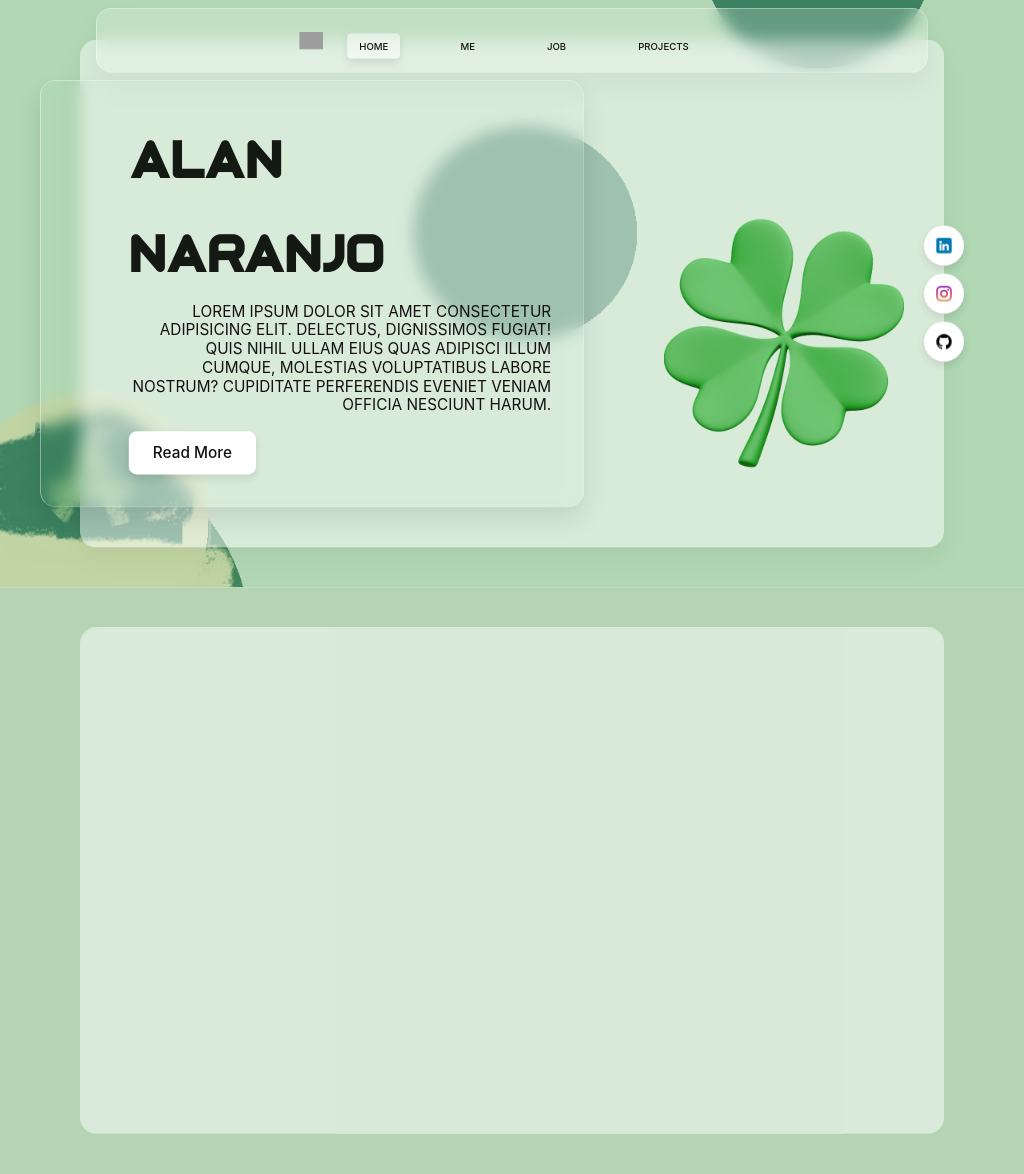
Repository: L-A-M-J-O/Me-sitio-Web
Page: / (app in my-project/)
An editor plug-in stored every save of this project. The page is shown before and after the next save, followed by the edit.
The browser window is 1280 px wide. The pictures show the whole page, at 80% of full size.
Pictures or frames that could not be fetched are drawn as grey boxes. Backgrounds fixed to the window are drawn as part of the page. The project was rebuilt for these pictures with package versions that can differ from the ones it lists, and the page was loaded fresh each time.

Above is the page before, as saved 2022-09-19 16:54:50.

### my-project/src/App.jsx
import './App.css';
import Me from './components/Me/Me';

import Navbar from './components/Navbar/Navbar'


function App() {
  return (
    <>
      <Navbar/>
      <Me/>
    </>


  );
}

export default App;

### my-project/src/App.css
 * {
    margin: 0;
    padding: 0;
    box-sizing: border-box;
 }

### my-project/src/components/Me/Me.jsx
import React from 'react'

import '../Me/Me.css'

function Me() {
  return (
    <div className='section-me' id='me'>
      <div className='container-m-me'>

      </div>
    </div>
  )
}

export default Me

### my-project/src/components/Navbar/Navbar.jsx
import React from 'react'

import {Link} from 'react-scroll'

import logotipo from '../../assets/img/logotipo.png'
import icon from '../../assets/img/icon.png'
import instagram from '../../assets/img/instagram.png'
import linkedin from '../../assets/img/linkedin.png'
import github from '../../assets/img/github.png'

import '../Navbar/Navbar.css'


function Navbar() {
  return (
    <section id='nav'>
      <div className='container-m'>
        <header>
          <Link to='nav' className='logo'><img src={ icon} alt='icon' width={30}/></Link>
          <ul>
            <li><Link to='nav' className='active'>Home</Link></li>
            <li><Link to='me' href='#' className=''>Me</Link></li>
            <li><Link href='#' className=''>Job</Link></li>
            <li><Link href='#' className=''>Projects</Link></li>
          </ul>
        </header>
        <div className='content'>
          <h2>Alan Naranjo</h2>
          <p>Lorem ipsum dolor sit amet consectetur adipisicing elit. Delectus, dignissimos fugiat! Quis nihil ullam eius quas adipisci illum cumque, molestias voluptatibus labore nostrum? Cupiditate perferendis eveniet veniam officia nesciunt harum.</p>
          <Link href='#'>Read More</Link>
        </div>
        <div className='img-icon'>
          <img src={ logotipo } alt='logotipo'/>
        </div>
        <ul className='sci'>
          <li><Link href='#'><img src={linkedin} alt='linkedin'/></Link></li>
          <li><Link href='#'><img src={instagram} alt='instagram'/></Link></li>
          <li><Link href='#'><img src={github} alt='github'/></Link></li>
        </ul>
      </div>
    </section>
  )
}

export default Navbar

### my-project/src/components/Me/Me.css
.section-me {
    display: flex;
    justify-content: center;
    align-items: center;
    min-height: 100vh;
    background-color: #B4D4B4;
    background-position: center;
    background-attachment: fixed;
    padding: 50px;
}
.container-m-me {
    position: relative;
    width: calc(100% - 100px);
    height: 88vh;
    background-color: rgba(255, 255, 255, 0.5);
    /* box-shadow: 0 15px 35px rgb(0 0 0 / 5%); */
    border-radius: 20px;
    display: flex;
    justify-content: space-between;
    align-items: center;
    padding: 50px;
}

### my-project/src/components/Navbar/Navbar.css
@font-face {
    font-family: Osiris;
    src: url(../../assets//img/Osiris.otf);
}

section {
    display: flex;
    justify-content: center;
    align-items: center;
    min-height: 100vh;
    background-image: url(../../assets/img/banner.png);
    background-position: center;
    background-attachment: fixed;
    padding: 50px;
}
.container-m{
    position: relative;
    width: calc(100% - 100px);
    height: 88vh;
    background-color: rgba(255, 255, 255, 0.5);
    box-shadow:  0 15px 35px rgba(0, 0, 0, 0.05);
    border-radius: 20px;
    display: flex;
    justify-content: space-between;
    align-items: center;
    padding: 50px;
}
header {
    position: absolute;
    top: -40px;
    right: 20px;
    left: 20px;
    padding: 20px 50px;
    display: flex;
    justify-content: center;
    align-items: baseline;
    background: rgba(255, 255, 255, 0.2);
    box-shadow:  0 15px 35px rgba(0, 0, 0, 0.05);
    border-radius: 20px;
    backdrop-filter: blur(10px);
    border: 1px solid rgba(255, 255, 255, 0.25);
    border-top: 1px solid rgba(255, 255, 255, 0.5);
    border-left: 1px solid rgba(255, 255, 255, 0.5);
}

header .logo {
    color: #140f10;
    font-weight: 700;
    text-decoration: none;
    font-size: 2rem;
}
header ul {
    display: flex;
}
header ul li {
    list-style: none;
    margin:  0 30px;
}
header ul li a {
    border: var(--default-border-width) solid var(--default-border-color);
    border-radius: var(--default-border-radius);
    text-transform: uppercase;
    font-weight: 500;
    font-size: max(12px,.9375vw);
    padding: 0 1.3333em;
    height: 2.5555em;
    line-height: 1.2222222222;
    transition: background-color .15s ease-in-out;
    -webkit-appearance: none;
    appearance: none;
    text-decoration: none;
    color: #140f10;
    padding: 8px 15px;
    border-radius: 25px;
    cursor: pointer;
}
header ul li a:hover,
header ul li a.active {
    border-radius: 5px;
    background-color: #ffffff81;
    color: #140f10;
    box-shadow: 0 5px 10px rgba(0, 0, 0, 0.1);
}

.content {
    transform: translateX(-100px);
    max-width: 700px;
    box-shadow:  0 15px 30px rgba(0, 0, 0, 0.1);
    border-radius: 20px;
    backdrop-filter: blur(10px);
    border: 1px solid rgba(255, 255, 255, 0.25);
    border-top: 1px solid rgba(255, 255, 255, 0.5);
    border-left: 1px solid rgba(255, 255, 255, 0.5);
    padding: 40px;
    padding-left: 110px;
}
.content h2 {
    font-family: Osiris;
    font-size: 4rem;
    line-height: 1.85;
    text-transform: lowercase;
    margin: 0;
    color: #141914;
}
.content p {
    text-align: end;
    border: var(--default-border-width) solid var(--default-border-color);
    border-radius: var(--default-border-radius);
    text-transform: uppercase;
    font-weight: 400;
    font-size: max(12px,.9375vw);
    line-height: 1.2222222222;
    transition: background-color .15s ease-in-out;
    -webkit-appearance: none;
    appearance: none;
    font-size: 1.2em;
    color: #140f10;
}
.content a {
    display: inline-block;
    padding: 15px 30px;
    background: #fff;
    color: #140f10;
    margin-top: 20px;
    border-radius: 10px;
    font-size: 1.2em;
    font-weight: 500;
    text-decoration: none;
    box-shadow:  0 5px 10px rgba(0, 0, 0, 0.1);
}
.img-icon img {
    max-width: 400px;
    animation: animate 5s linear infinite;
}
@keyframes animate {
    0%,100%{
        transform: translateY(50px);
    }
    50% {
        transform: translateY(100px);
    }
}
.sci {
    position: absolute;
    right: -25px;
    display: flex;
    justify-content: center;
    align-items: center;
    flex-direction: column;
}
.sci li {
    list-style: none;
}
.sci li a {
    text-decoration: none;
    width: 50px;
    height: 50px;
    background: #fff;
    display: flex;
    justify-content: center;
    align-items: center;
    border-radius: 50%;
    margin: 5px 0;
    box-shadow: 0 5px 10px rgba(0, 0, 0, 0.1);
}
.sci li a img {
    transform: scale(0.6);
    transition: 0.5s;
}
sci li:hover a img {
    transform: scale(0.6) rotate(360deg);
}

Loaded but not shown: my-project/src/index.js (common file); my-project/src/index.css (common file); my-project/src/reportWebVitals.js (common file)

After the next save:
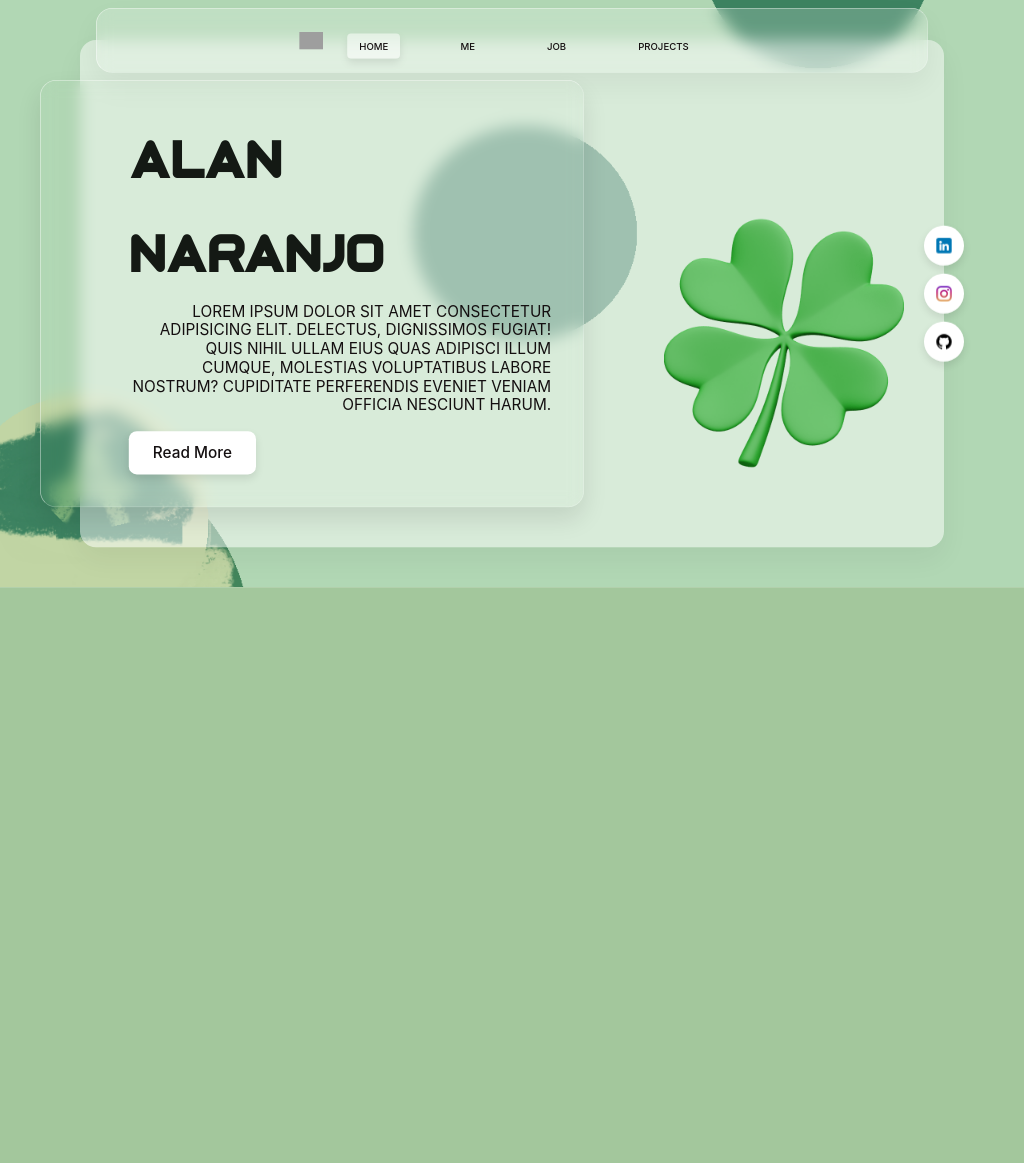
Saved 12 s later.
--- a/my-project/src/components/Me/Me.css
+++ b/my-project/src/components/Me/Me.css
@@ -3,20 +3,8 @@
     justify-content: center;
     align-items: center;
     min-height: 100vh;
-    background-color: #B4D4B4;
+    background-color: #A3C79C;
     background-position: center;
     background-attachment: fixed;
     padding: 50px;
 }
-.container-m-me {
-    position: relative;
-    width: calc(100% - 100px);
-    height: 88vh;
-    background-color: rgba(255, 255, 255, 0.5);
-    /* box-shadow: 0 15px 35px rgb(0 0 0 / 5%); */
-    border-radius: 20px;
-    display: flex;
-    justify-content: space-between;
-    align-items: center;
-    padding: 50px;
-}
